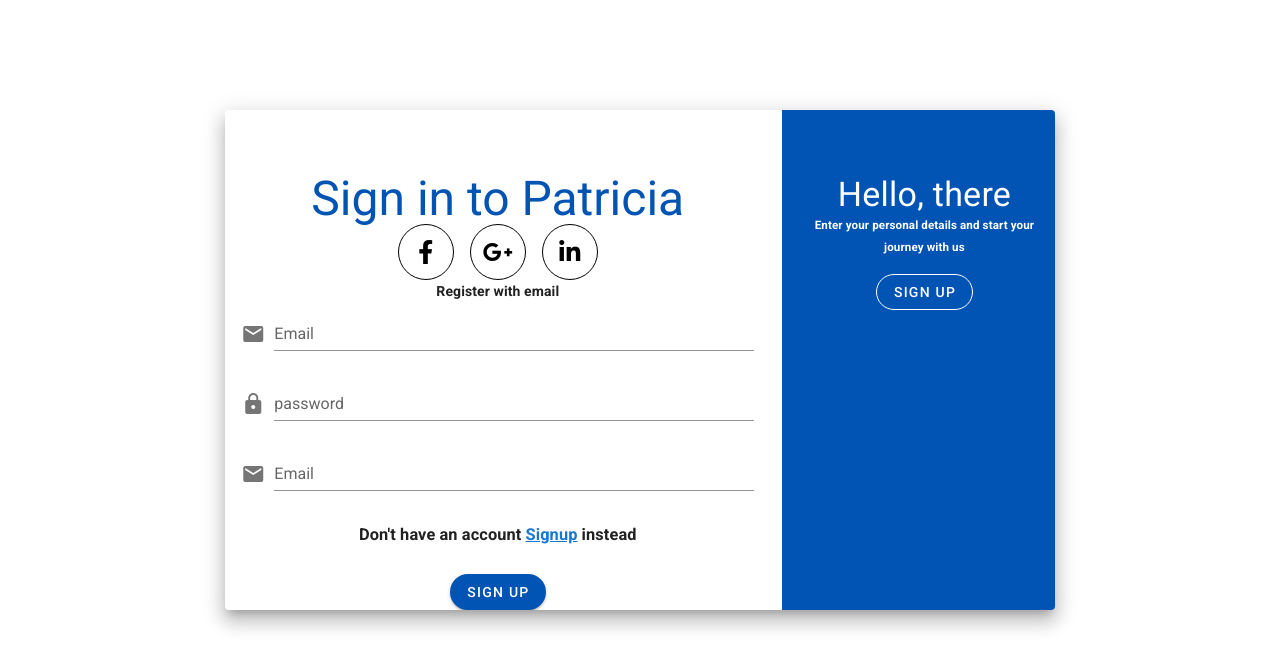
Repository: akinsikuoluwafemi/Pats_userAuth
Page: /login
These files come from the project's save history. The page is drawn as it stood at one moment and after the next save; the edit follows.
The browser window is 1280 px wide. The pictures show the whole page.
The project was rebuilt for these pictures with package versions that can differ from the ones it lists, and the page was loaded fresh each time. Also part of the build but not shown: vue.config.js, src/views/Home.vue, src/components/Signup.vue, src/components/UserInfo.vue.

Above is the page before, as saved 2020-11-05 01:14:31.

### src/App.vue
<template>
  <v-app>


    <v-main>
      <router-view></router-view>
    </v-main>
  </v-app>
</template>

<script>

export default {
  name: 'App',

  components: {

},

  data: () => ({
    //
  }),
};
</script>

### src/router/index.js
import Vue from 'vue'
import VueRouter from 'vue-router'
import Home from '../views/Home.vue'
import Login from '../components/Login.vue'
import Signup from "../components/Signup.vue";
import UserInfo from "../components/UserInfo.vue";


Vue.use(VueRouter)

const routes = [
  {
    path: "/",
    name: "Home",
    component: Home,
  },
  {
    path: "/login",
    name: "Login",
    component: Login,
  },

  {
    path: "/signup",
    name: "Signup",
    component: Signup,
  },

  {
    path: "/userinfo",
    name: "Userinfo",
    component: UserInfo,
  },
  {
    path: "/about",
    name: "About",
    // route level code-splitting
    // this generates a separate chunk (about.[hash].js) for this route
    // which is lazy-loaded when the route is visited.
    component: () =>
      import(/* webpackChunkName: "about" */ "../views/About.vue"),
  },
];

const router = new VueRouter({
  mode: 'history',
  base: process.env.BASE_URL,
  routes
})

export default router

### src/plugins/vuetify.js
import "@fortawesome/fontawesome-free/css/all.css"
import 'material-design-icons-iconfont/dist/material-design-icons.css'
import Vue from 'vue';
import Vuetify from 'vuetify/lib';

Vue.use(Vuetify);

export default new Vuetify({
    icons: {
        iconfont: 'md' || 'fa'
    }
});

### src/components/Login.vue
<template>
  <v-app>
    <v-content>
      <v-container class="fill-height" fluid>
        <v-row align="center" justify="center">
          <v-col cols="12" sm="8" md="8">
            <v-card class="elevation-12">
              <v-window v-model="stop">
                <v-window-item :value="1">
                  <v-row>
                    <v-col cols="12" md="8">
                      <v-card-text class="mt-12">
                        <h1
                          class="text-center display-2"
                          v-bind:style="{ color: '#0153B4' }"
                        >
                          Sign in to Patricia
                        </h1>
                        <div class="text-center" mt-4>
                          <v-btn class="mx-2" fab color="black" outlined>
                            <v-icon>fab fa-facebook-f</v-icon>
                          </v-btn>
                          <v-btn class="mx-2" fab color="black" outlined>
                            <v-icon>fab fa-google-plus-g</v-icon>
                          </v-btn>
                          <v-btn class="mx-2" fab color="black" outlined>
                            <v-icon>fab fa-linkedin-in</v-icon>
                          </v-btn>
                        </div>
                        <h4 class="text-center mlt-4">Register with email</h4>
                        <v-form>
                          <v-text-field
                            label="Email"
                            name="Email"
                            prepend-icon="email"
                            type="text"
                            v-bind:style="{ color: '#0153B4' }"
                          />
                          <v-text-field
                            id="password"
                            label="password"
                            name="Password"
                            prepend-icon="lock"
                            type="password"
                            v-bind:style="{ color: '#0153B4' }"
                          />
                          <v-text-field
                            label="Email"
                            name="Email"
                            prepend-icon="email"
                            type="text"
                            v-bind:style="{ color: '#0153B4' }"
                          />
                        </v-form>
                        <h3 class="text-center mt-3">
                          Don't have an account
                          <router-link to="/signup"> Signup</router-link> instead
                        </h3>
                      </v-card-text>
                      <div class="text-center mt-3">
                        <v-btn
                          rounded
                          v-bind:style="{ background: '#0153B4' }"
                          dark
                          >Sign Up</v-btn
                        >
                      </div>
                    </v-col>
                    <v-col
                      cols="12"
                      md="4"
                      class=""
                      v-bind:style="{ background: '#0153B4' }"
                    >
                      <v-card-text class="white--text mt-12">
                        <h1 class="text-center display-1">Hello, there</h1>
                        <h5 class="text-center">
                          Enter your personal details and start your journey
                          with us
                        </h5>
                      </v-card-text>
                      <div class="text-center">
                        <v-btn rounded outlined="" dark @click="step++">
                          SIGN UP
                        </v-btn>
                      </div>
                    </v-col>
                  </v-row>
                </v-window-item>
              </v-window>
            </v-card>
          </v-col>
        </v-row>
      </v-container>
    </v-content>
  </v-app>
</template>
<script>
export default {
  data: () => ({
    step: 1
  }),
  props: {
    source: String
  }
}
</script>

Loaded but not shown: public/index.html (common file); src/main.js (common file)

After the next save:
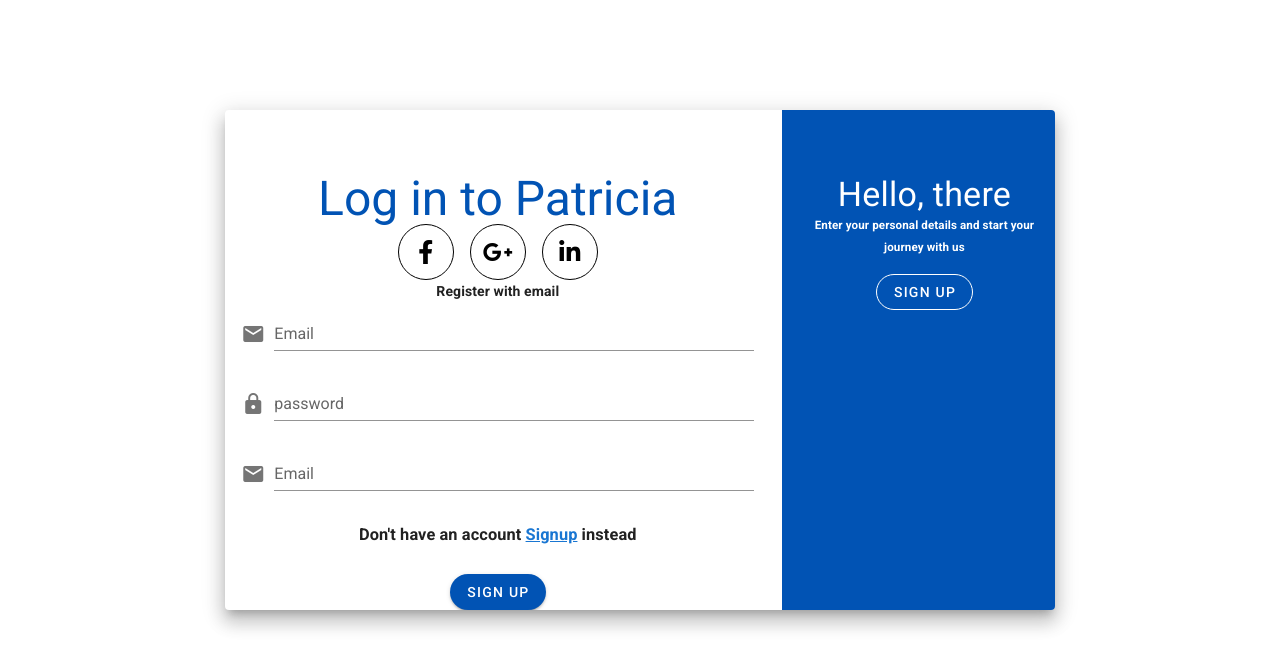
Saved 22 s later.
--- a/src/components/Login.vue
+++ b/src/components/Login.vue
@@ -14,7 +14,7 @@
                           class="text-center display-2"
                           v-bind:style="{ color: '#0153B4' }"
                         >
-                          Sign in to Patricia
+                          Log in to Patricia
                         </h1>
                         <div class="text-center" mt-4>
                           <v-btn class="mx-2" fab color="black" outlined>
